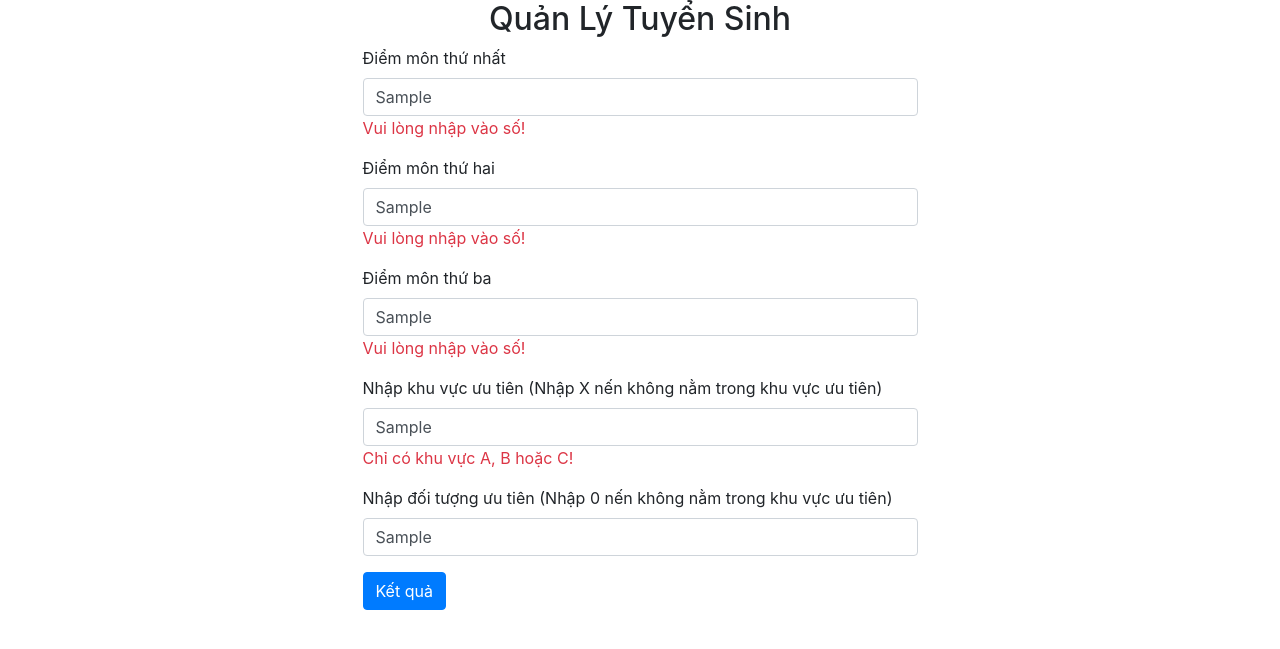
Repository: dovanthao2404/BC14_BaiTap_JS_Buoi_5_dovanthao
Page: html/bai1.html
The author's editor kept a copy of each file at every save. The page is drawn from the files as they stood at one save, then again after the next save.
The browser window is 1280 px wide. The pictures show the whole page.
Empty fields were first filled with sample values (such as "Sample", 5 or name@example.com).
After loading, the first visible `#btnResult` was clicked once.

Above is the page before, as saved 2021-07-03 22:03:54.

### html/bai1.html
<!DOCTYPE html>
<html lang="en">

<head>
  <meta charset="UTF-8">
  <meta http-equiv="X-UA-Compatible" content="IE=edge">
  <meta name="viewport" content="width=device-width, initial-scale=1.0">
  <title>Document</title>

  <link rel="stylesheet" href="https://cdn.jsdelivr.net/npm/bootstrap@4.6.0/dist/css/bootstrap.min.css"
    integrity="sha384-B0vP5xmATw1+K9KRQjQERJvTumQW0nPEzvF6L/Z6nronJ3oUOFUFpCjEUQouq2+l" crossorigin="anonymous">
</head>

<body>

  <div class="container">
    <div class="admissions-manager">
      <form class="w-50 mx-auto">
        <h2 class="text-center">Quản Lý Tuyển Sinh</h2>
        <div class="form-group">
          <label for="scores-1">Điểm môn thứ nhất</label>
          <input class="form-control" type="text" placeholder="Môn thứ nhất*" id="scores-1">
          <span id="notificationScores-1" class="text-danger"></span>
        </div>
        <div class="form-group">
          <label for="scores-2">Điểm môn thứ hai</label>
          <input class="form-control" type="text" placeholder="Môn thứ hai *" id="scores-2">
          <span id="notificationScores-2" class="text-danger"></span>
        </div>
        <div class="form-group">
          <label for="scores-3">Điểm môn thứ ba</label>
          <input class="form-control" type="text" placeholder="Môn thứ ba *" id="scores-3">
          <span id="notificationScores-3" class="text-danger"></span>
        </div>
        <div class="form-group">

        </div>
        <div class="form-group">
          <label for="areaScores">Nhập khu vực ưu tiên (Nhập X nến không nằm trong khu vực ưu tiên)</label>
          <input type="text" id="areaScores" class="form-control" placeholder="Khu vực ưu tiên*">
          <span id="notificationArea" class="text-danger"></span>
        </div>
        <div class="form-group">
          <label for="objectScores">Nhập đối tượng ưu tiên (Nhập 0 nến không nằm trong khu vực ưu tiên)</label>
          <input type="text" id="objectScores" class="form-control" placeholder="Đối tượng ưu tiên*">
          <span id="notificationObject" class="text-danger"></span>
        </div>
        <button id="btnResult" type="button" class="btn btn-primary">Kết quả</button>
      </form>
      <div class="mt-3 w-50 mx-auto">
        <b id="showResult"></b>
      </div>
    </div>
  </div>

  <script src="../js/bai1.js"></script>
</body>

</html>

### js/bai1.js
const AREA_A = 2;
const AREA_B = 1;
const AREA_C = 0.5;

const OBJECT_1 = 2.5;
const OBJECT_2 = 1.5;
const OBJECT_3 = 1;

function getEle(idEle) {
  return document.getElementById(idEle);
}

var notifications = [
  "Vui lòng nhập điểm thứ nhất!",
  "Vui lòng nhập điểm thứ hai!",
  "Vui lòng nhập điểm thức ba!",
  "Vui lòng nhập khu vực ưu tiên!",
  "Vui lòng nhập đối tượng ưu tiên!",
  "Vui lòng nhập giá trị từ 0 - 10!",
  "Chỉ có khu vực A, B hoặc C!",
  "Chỉ có đối tượng 1, 2 hoặc 3!",
  "Vui lòng nhập vào số!",
  "Vui lòng nhập vào ký tự!"
]

function checkEntry(idCheck, idNotification, indexNotification) {
  var contentCheck = getEle(idCheck).value;
  var notification = getEle(idNotification);
  if (contentCheck === '') {
    notification.innerHTML = notifications[indexNotification];
    return false;
  } else {
    notification.innerHTML = '';
    return true;
  }
}

function checkAreaScores(idCheck, idNotification, indexNotification) {

  var contentArea = getEle(idCheck).value;
  var notification = getEle(idNotification);
  if (contentArea.toUpperCase() === 'X' ||
    contentArea.toUpperCase() === 'A' ||
    contentArea.toUpperCase() === 'B' ||
    contentArea.toUpperCase() === 'C') {
    return contentArea;
  } else {
    notification.innerHTML = notifications[indexNotification];
    return false;
  }
}

function isNumber(idCheck, idNotification, indexNotification) {
  var number = +getEle(idCheck).value;
  var notification = getEle(idNotification);
  if (isNaN(number)) {
    notification.innerHTML = notifications[indexNotification];
    return false;
  }
  notification.innerHTML = '';
  return true;
}

function checkValueScores(idCheck, idNotification, indexNotification, max) {
  var number = +getEle(idCheck).value;
  var notification = getEle(idNotification);
  if (number < 0 || number > max) {
    notification.innerHTML = notifications[indexNotification];
    return false;
  }
  notification.innerHTML = '';
  return true;
}

function checkNumberDetail(idCheck, idNotification, indexNotification, valueMax) {

}

function checkValid() {
  var check1 = checkEntry("scores-1", "notificationScores-1", 0);
  if (check1) {
    check1 = isNumber("scores-1", "notificationScores-1", 8);
    if (check1) {
      check1 = checkValueScores("scores-1", "notificationScores-1", 5, 10);
    }
  }
  var check2 = checkEntry("scores-2", "notificationScores-2", 1);
  if (check2) {
    check2 = isNumber("scores-2", "notificationScores-2", 8);
    if (check2) {
      check2 = checkValueScores("scores-2", "notificationScores-2", 5, 10);
    }
  }
  var check3 = checkEntry("scores-3", "notificationScores-3", 2);
  if (check3) {
    check3 = isNumber("scores-3", "notificationScores-3", 8);
    if (check3) {
      check3 = checkValueScores("scores-3", "notificationScores-3", 5, 10);
    }
  }
  var check4 = checkEntry("areaScores", "notificationArea", 3);
  if (check4) {
    check4 = checkAreaScores("areaScores", "notificationArea", 6);
  }

  var check5 = checkEntry("objectScores", "notificationObject", 4); 5
  if (check5) {
    check5 = checkValueScores("objectScores", "notificationObject", 7, 3)
  }
  return false;
}

getEle("btnResult").addEventListener("click", function () {
  var resultCheck = checkValid();
})

After the next save:
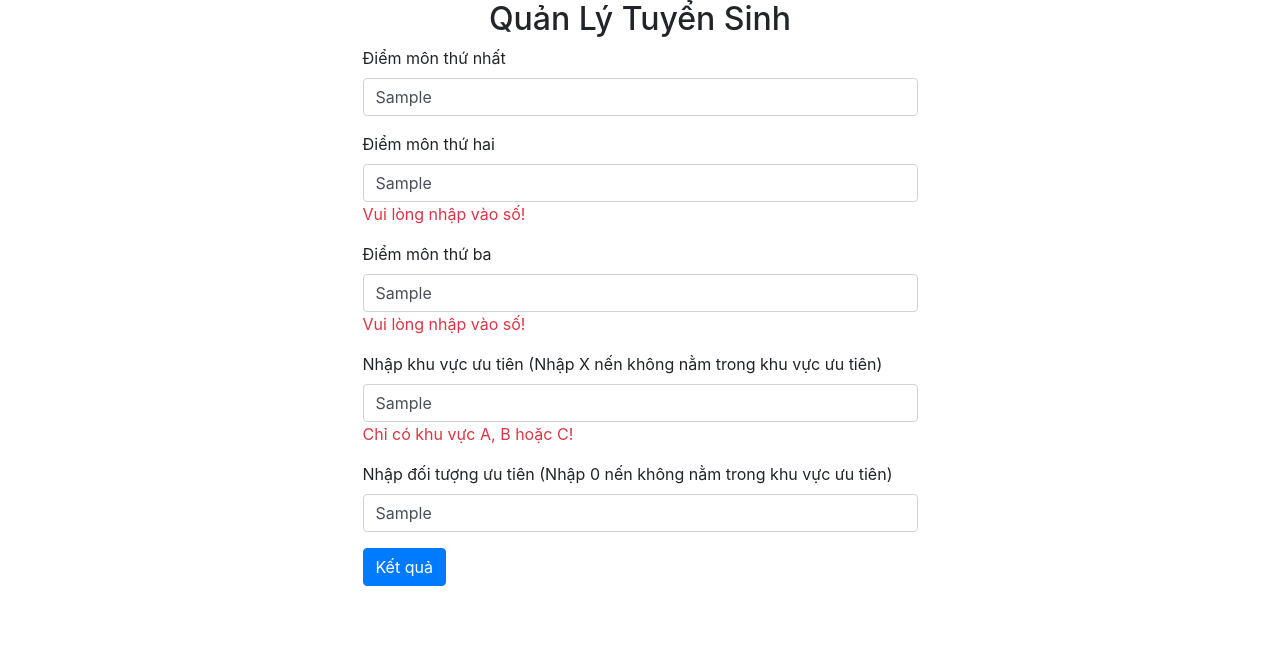
Saved 21 s later.
--- a/js/bai1.js
+++ b/js/bai1.js
@@ -78,6 +78,7 @@
 
 function checkValid() {
   var check1 = checkEntry("scores-1", "notificationScores-1", 0);
+  var check1 = checkNumberDetail();
   if (check1) {
     check1 = isNumber("scores-1", "notificationScores-1", 8);
     if (check1) {

After the save that followed:
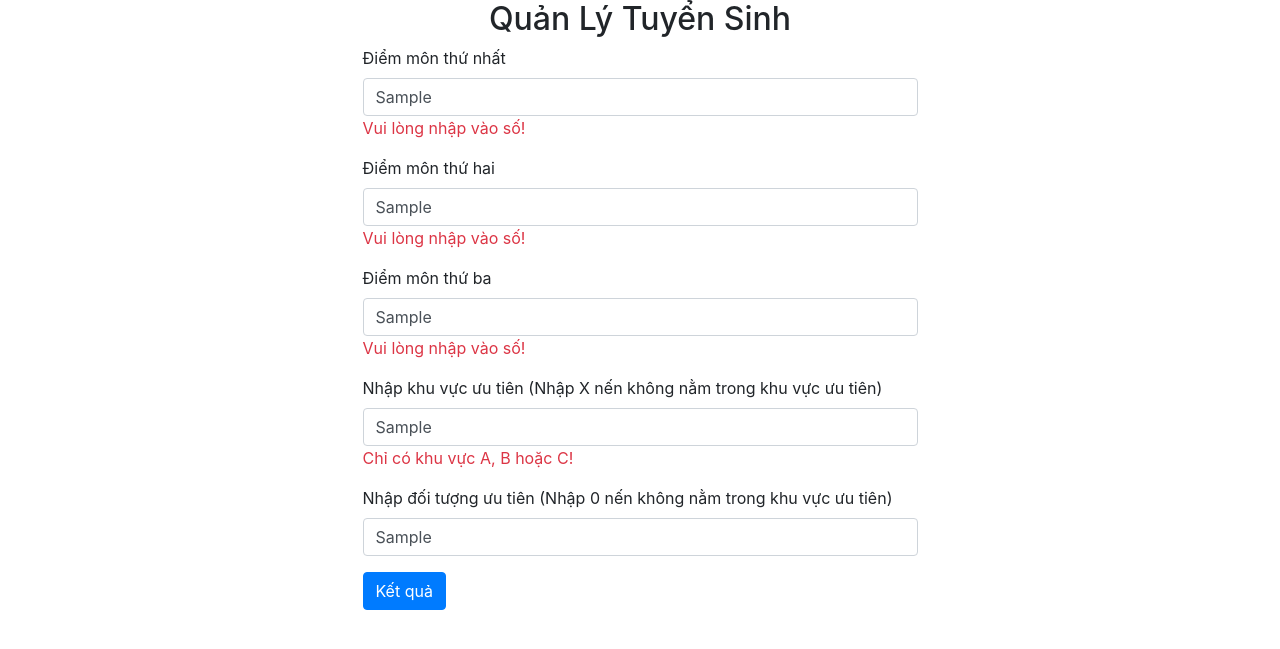
Saved 8 s later.
--- a/js/bai1.js
+++ b/js/bai1.js
@@ -77,8 +77,8 @@
 }
 
 function checkValid() {
+  var check1 = checkNumberDetail();
   var check1 = checkEntry("scores-1", "notificationScores-1", 0);
-  var check1 = checkNumberDetail();
   if (check1) {
     check1 = isNumber("scores-1", "notificationScores-1", 8);
     if (check1) {
